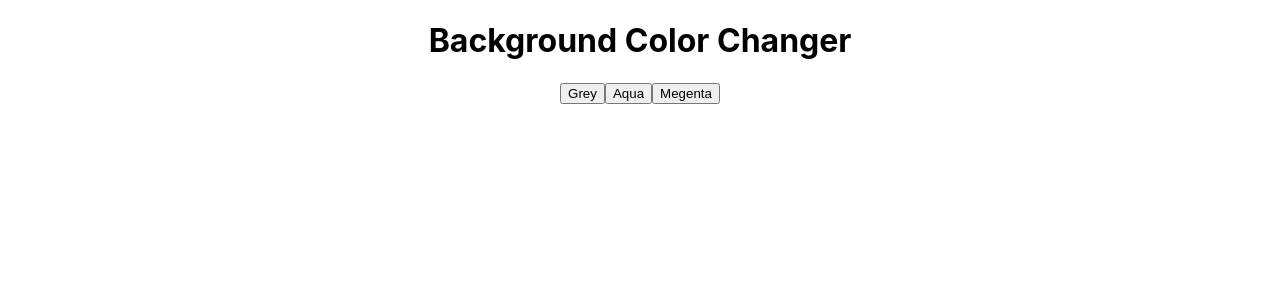
Repository: Jay1161/FSWD
Page: / (app in Week-12/frontend/cookies/)
An editor plug-in stored every save of this project. The page is shown before and after a run of saves, followed by the edit.
The browser window is 1280 px wide. The pictures show the whole page.
The page's requests for data from a server got no answer. The project was rebuilt for these pictures with package versions that can differ from the ones it lists, and the page was loaded fresh each time. No one was signed in, and anything a server would have sent is missing.

Above is the page before, as saved 2023-09-27 18:03:31.

After the next 4 saves:
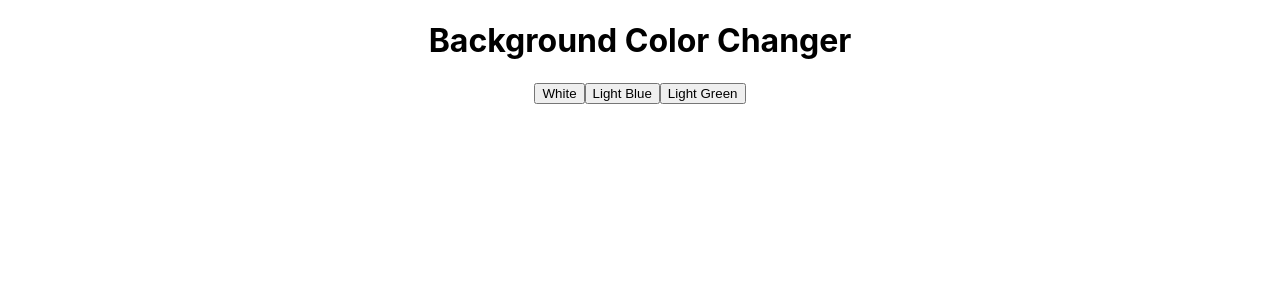
The 4 saves are shown as one change because 1 did not build or start and some came seconds apart.
The last was saved 3 min 52 s later.
--- a/Week-12/frontend/cookies/src/cookies.jsx
+++ b/Week-12/frontend/cookies/src/cookies.jsx
@@ -1,44 +1,83 @@
-// client/src/App.js
+// // client/src/App.js
+
+// import React, { useState, useEffect } from 'react';
+// import './App.css';
+
+// function Cookies() {
+//   const [backgroundColor, setBackgroundColor] = useState('');
+
+//   useEffect(() => {
+//     // Retrieve the backgroundColor cookie when the component mounts
+//     const savedBackgroundColor = getCookie('backgroundColor');
+//     if (savedBackgroundColor) {
+//       setBackgroundColor(savedBackgroundColor);
+//     }
+//   }, []);
+
+//   // Function to set the backgroundColor cookie on button click
+//   const setCookieAndBackgroundColor = (color) => {
+//     document.body.style.backgroundColor = color;
+//     document.cookie = `backgroundColor=${color}`;
+//     setBackgroundColor(color);
+//   };
+
+//   // Function to retrieve a cookie by name
+//   const getCookie = (name) => {
+//     const cookies = document.cookie.split(';');
+//     for (const cookie of cookies) {
+//       const [cookieName, cookieValue] = cookie.trim().split('=');
+//       if (cookieName === name) {
+//         return cookieValue;
+//       }
+//     }
+//     return null;
+//   };
+
+//   return (
+//     <div className="App">
+//       <h1>Background Color Changer</h1>
+//       <button onClick={() => setCookieAndBackgroundColor('#546E7A')}>Grey</button>
+//       <button onClick={() => setCookieAndBackgroundColor('#4DD0E1')}>Aqua</button>
+//       <button onClick={() => setCookieAndBackgroundColor('#7E57C2')}>Megenta</button>
+//     </div>
+//   );
+// }
+
+// export default Cookies;
+
 
 import React, { useState, useEffect } from 'react';
 import './App.css';
 
 function Cookies() {
-  const [backgroundColor, setBackgroundColor] = useState('');
+  const [backgroundColor, setBackgroundColor] = useState('white');
 
   useEffect(() => {
-    // Retrieve the backgroundColor cookie when the component mounts
-    const savedBackgroundColor = getCookie('backgroundColor');
-    if (savedBackgroundColor) {
-      setBackgroundColor(savedBackgroundColor);
-    }
+    fetch('/getBackgroundColor')
+      .then((res) => res.json())
+      .then((data) => {
+        setBackgroundColor(data.backgroundColor);
+      });
   }, []);
 
-  // Function to set the backgroundColor cookie on button click
-  const setCookieAndBackgroundColor = (color) => {
-    document.body.style.backgroundColor = color;
-    document.cookie = `backgroundColor=${color}`;
-    setBackgroundColor(color);
-  };
-
-  // Function to retrieve a cookie by name
-  const getCookie = (name) => {
-    const cookies = document.cookie.split(';');
-    for (const cookie of cookies) {
-      const [cookieName, cookieValue] = cookie.trim().split('=');
-      if (cookieName === name) {
-        return cookieValue;
-      }
-    }
-    return null;
+  const handleBackgroundColorChange = (color) => {
+    fetch('/setBackgroundColor', {
+      method: 'POST',
+      headers: {
+        'Content-Type': 'application/json',
+      },
+      body: JSON.stringify({ backgroundColor: color }),
+    }).then(() => {
+      setBackgroundColor(color);
+    });
   };
 
   return (
-    <div className="App">
+    <div className="App" style={{ backgroundColor }}>
       <h1>Background Color Changer</h1>
-      <button onClick={() => setCookieAndBackgroundColor('#546E7A')}>Grey</button>
-      <button onClick={() => setCookieAndBackgroundColor('#4DD0E1')}>Aqua</button>
-      <button onClick={() => setCookieAndBackgroundColor('#7E57C2')}>Megenta</button>
+      <button onClick={() => handleBackgroundColorChange('white')}>White</button>
+      <button onClick={() => handleBackgroundColorChange('lightblue')}>Light Blue</button>
+      <button onClick={() => handleBackgroundColorChange('lightgreen')}>Light Green</button>
     </div>
   );
 }
